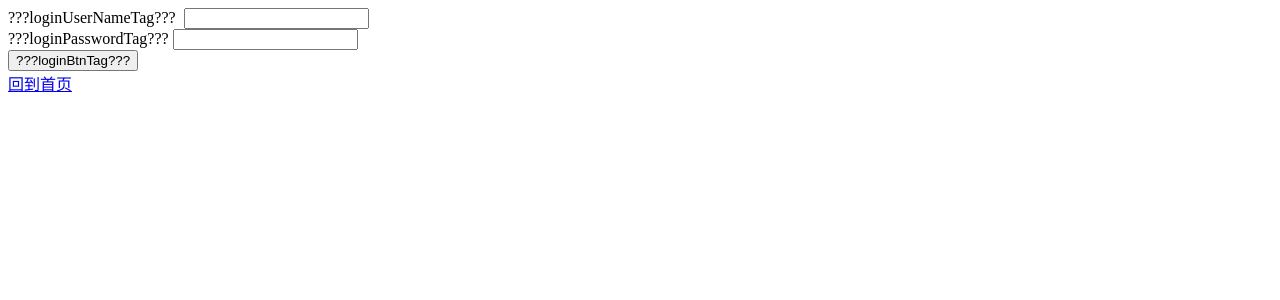
Repository: ocxz/spring
Page: http://localhost/93.SpringMVC_i18n/login.jsp
These files come from the project's save history. The page is drawn as it stood at one moment and after the next save; the edit follows.
The browser window is 1280 px wide. The pictures show the whole page.
The page is served by Tomcat 9.

Above is the page before, as saved 2019-12-09 08:59:07.

After the next save:
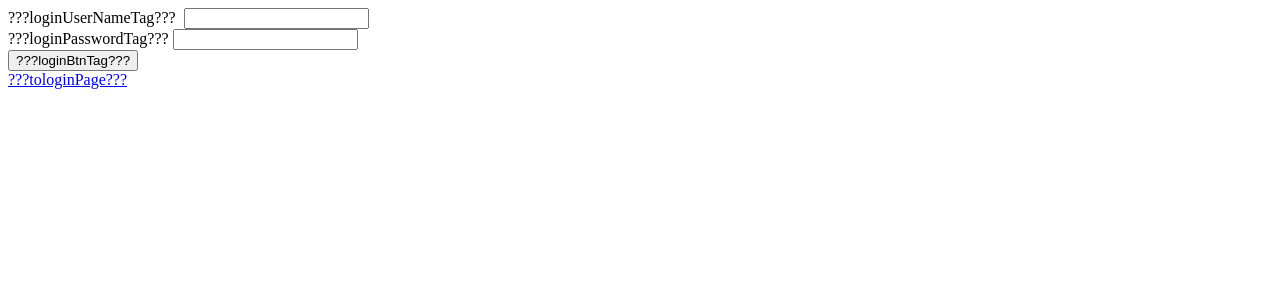
Saved 68 s later.
--- a/Spring/代码/93.SpringMVC_i18n/src/main/webapp/login.jsp
+++ b/Spring/代码/93.SpringMVC_i18n/src/main/webapp/login.jsp
@@ -13,6 +13,6 @@
 		<br /> <fmt:message key="loginPasswordTag" />&nbsp;<input type="password" name="pwd">
 		<br /> <input type="submit" value="<fmt:message key="loginBtnTag" />">
 	</form>
-	<a href="index">回到首页</a>
+	<a href="index"><fmt:message key="tologinPage"/></a>
 </body>
 </html>
